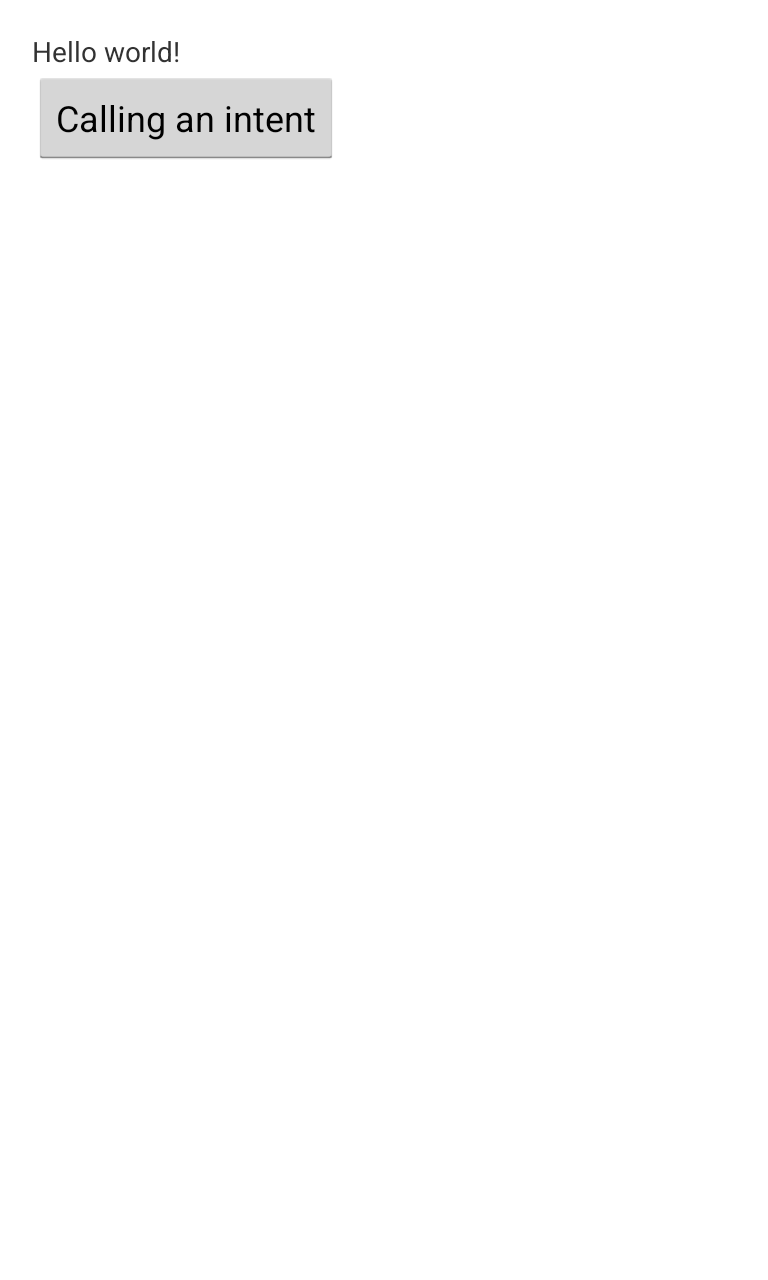
Repository: khaidzir/IF3111-T1-Lifecycle
Layout: Android Life Cycle/LifeCycle/res/layout/activity_main.xml
These files come from the project's save history. The layout is drawn as it stood at one moment and after the next save; the edit follows.
It is drawn on a 768 x 1280 px phone screen (xhdpi) without system bars, with theme AppTheme; the app's code is not run.

Above is the layout before, as saved 2015-02-08 03:08:14.

After the next save:
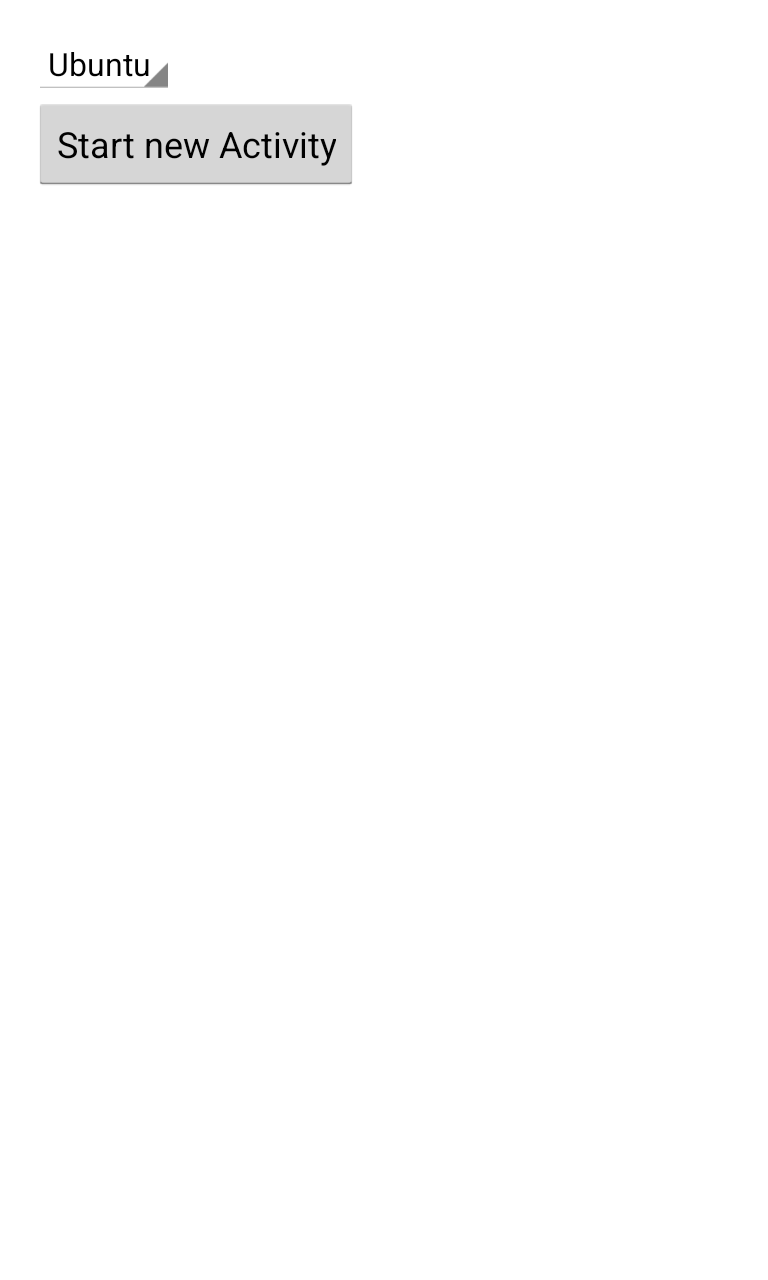
Saved 21 s later.
--- a/Android Life Cycle/LifeCycle/res/layout/activity_main.xml
+++ b/Android Life Cycle/LifeCycle/res/layout/activity_main.xml
@@ -1,25 +1,28 @@
-<RelativeLayout xmlns:android="http://schemas.android.com/apk/res/android"
+<LinearLayout xmlns:android="http://schemas.android.com/apk/res/android"
     xmlns:tools="http://schemas.android.com/tools"
+    android:id="@+id/LinearLayout1"
     android:layout_width="match_parent"
     android:layout_height="match_parent"
+    android:orientation="vertical"
     android:paddingBottom="@dimen/activity_vertical_margin"
     android:paddingLeft="@dimen/activity_horizontal_margin"
     android:paddingRight="@dimen/activity_horizontal_margin"
     android:paddingTop="@dimen/activity_vertical_margin"
-    tools:context="com.vogella.android.lifecycle.activity.MainActivity" >
+    tools:context=".MainActivity" >
 
-    <TextView
-        android:id="@+id/hello"
+    <Spinner
+        android:id="@+id/spinner"
         android:layout_width="wrap_content"
         android:layout_height="wrap_content"
-        android:text="@string/hello_world" />
+        android:layout_marginRight="58dp"
+        android:entries="@array/operating_systems" />
 
     <Button
-        android:id="@+id/startintent"
+        android:id="@+id/button1"
         android:layout_width="wrap_content"
         android:layout_height="wrap_content"
-        android:layout_below="@+id/hello"
         android:onClick="onClick"
-        android:text="Calling an intent" />
+        android:layout_gravity="bottom"
+        android:text="Start new Activity" />
 
-</RelativeLayout>
+</LinearLayout>
